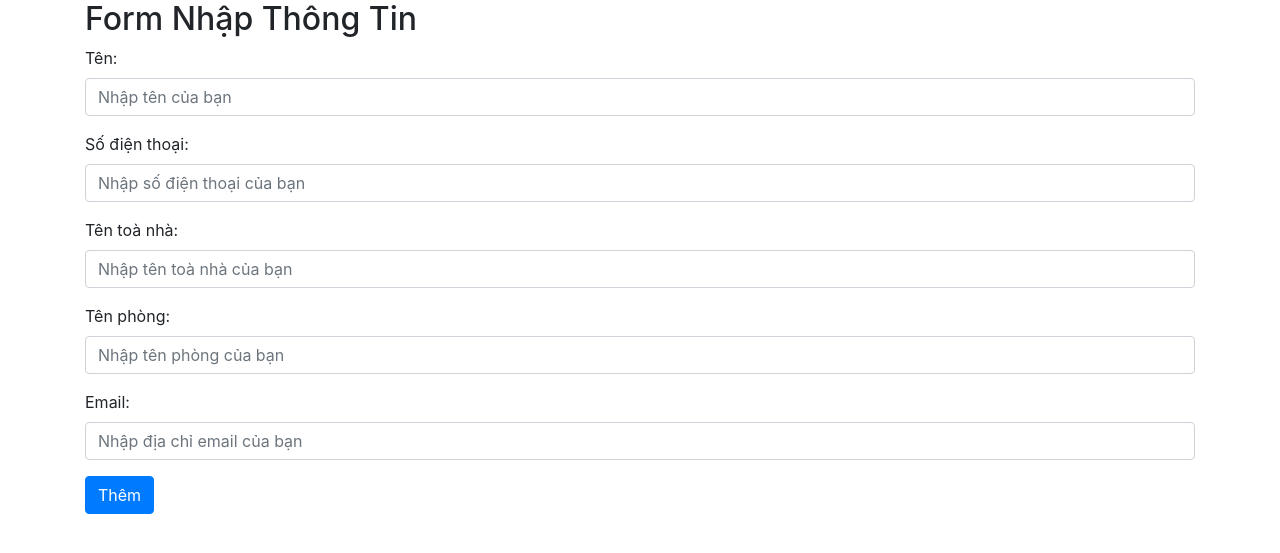
Repository: nvl207/Batch13bd_tma
Page: http://localhost/check-inf/views/web/check-in.jsp
These files come from the project's save history. The page is drawn as it stood at one moment and after the next save; the edit follows.
The browser window is 1280 px wide. The pictures show the whole page.
The page is served by Tomcat 9. Nobody is signed in. The application's start-up code is not run. Other server files are loaded and not shown.

Above is the page before, as saved 2023-07-25 03:46:27.

### Project_Intern_tma-main/check-inf/src/main/webapp/views/web/check-in.jsp
<%@ page language="java" contentType="text/html; charset=UTF-8"
	pageEncoding="UTF-8"%>
<!DOCTYPE html>
<html>
<head>
  <meta name="viewport" content="width=device-width, initial-scale=1, shrink-to-fit=no">
  <link rel="stylesheet" href="https://maxcdn.bootstrapcdn.com/bootstrap/4.5.2/css/bootstrap.min.css">
  <script src="https://ajax.googleapis.com/ajax/libs/jquery/3.5.1/jquery.min.js"></script>
  <script src="https://maxcdn.bootstrapcdn.com/bootstrap/4.5.2/js/bootstrap.min.js"></script>
</head>
<body>
  <div class="container">
    <h2>Form Nhập Thông Tin</h2>
    <form id="myForm">
      <div class="form-group">
        <label for="inputName">Tên:</label>
        <input type="text" class="form-control" id="inputName" placeholder="Nhập tên của bạn">
      </div>
      <div class="form-group">
        <label for="inputPhone">Số điện thoại:</label>
        <input type="tel" class="form-control" id="inputPhone" placeholder="Nhập số điện thoại của bạn">
      </div>
      <div class="form-group">
        <label for="inputEmail">Tên toà nhà:</label>
        <input type="email" class="form-control" id="inputEmail" placeholder="Nhập tên toà nhà của bạn">
      </div>

      <div class="form-group">
        <label for="inputEmail">Tên phòng:</label>
        <input type="email" class="form-control" id="inputEmail" placeholder="Nhập tên phòng của bạn">
      </div>

      <div class="form-group">
        <label for="inputEmail">Email:</label>
        <input type="email" class="form-control" id="inputEmail" placeholder="Nhập địa chỉ email của bạn">
      </div>

      <button type="button" class="btn btn-primary" onclick="addData()">Thêm</button>
    </form>
  </div>

  <script>
    var data = [];

    function addData() {
      var name = document.getElementById("inputName").value;
      var phone = document.getElementById("inputPhone").value;
      var email = document.getElementById("inputEmail").value;

      data.push({ name: name, phone: phone, email: email });

      // Chuyển đến trang management.html và truyền dữ liệu bằng query parameters
      var queryParams = "?name=" + encodeURIComponent(name) + "&phone=" + encodeURIComponent(phone) + "&email=" + encodeURIComponent(email);
      window.location.href = "list_guest.html" + queryParams;
    }
  </script>
</body>
</html>

After the next save:
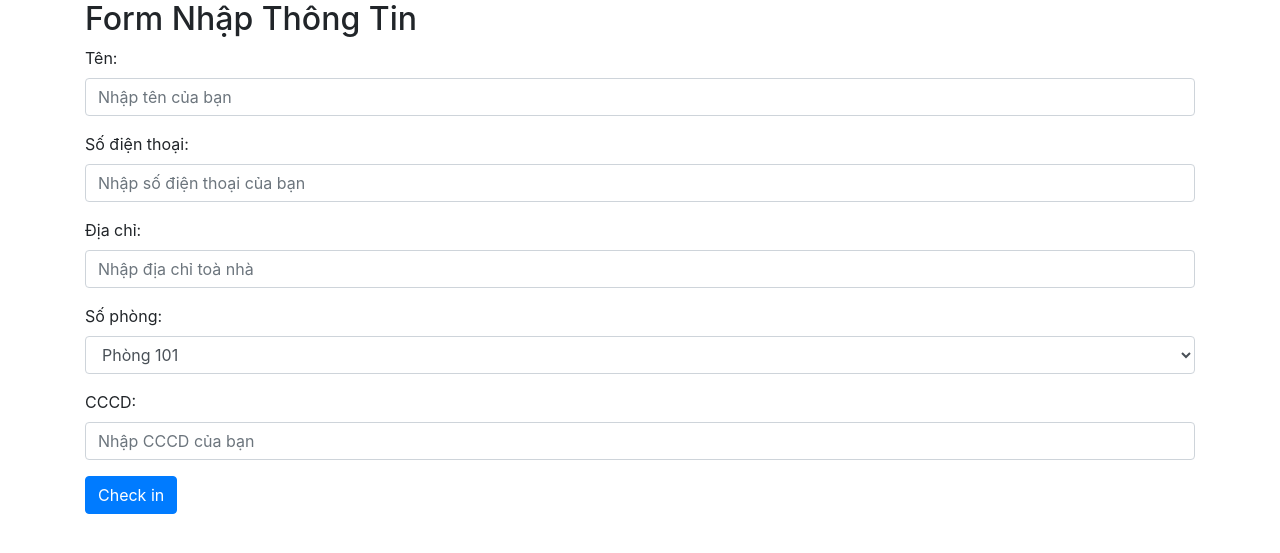
Saved 45 s later.
--- a/Project_Intern_tma-main/check-inf/src/main/webapp/views/web/check-in.jsp
+++ b/Project_Intern_tma-main/check-inf/src/main/webapp/views/web/check-in.jsp
@@ -3,56 +3,88 @@
 <!DOCTYPE html>
 <html>
 <head>
-  <meta name="viewport" content="width=device-width, initial-scale=1, shrink-to-fit=no">
-  <link rel="stylesheet" href="https://maxcdn.bootstrapcdn.com/bootstrap/4.5.2/css/bootstrap.min.css">
-  <script src="https://ajax.googleapis.com/ajax/libs/jquery/3.5.1/jquery.min.js"></script>
-  <script src="https://maxcdn.bootstrapcdn.com/bootstrap/4.5.2/js/bootstrap.min.js"></script>
+<meta name="viewport"
+	content="width=device-width, initial-scale=1, shrink-to-fit=no">
+<link rel="stylesheet"
+	href="https://maxcdn.bootstrapcdn.com/bootstrap/4.5.2/css/bootstrap.min.css">
+<script
+	src="https://ajax.googleapis.com/ajax/libs/jquery/3.5.1/jquery.min.js"></script>
+<script
+	src="https://maxcdn.bootstrapcdn.com/bootstrap/4.5.2/js/bootstrap.min.js"></script>
 </head>
 <body>
-  <div class="container">
-    <h2>Form Nhập Thông Tin</h2>
-    <form id="myForm">
-      <div class="form-group">
-        <label for="inputName">Tên:</label>
-        <input type="text" class="form-control" id="inputName" placeholder="Nhập tên của bạn">
-      </div>
-      <div class="form-group">
-        <label for="inputPhone">Số điện thoại:</label>
-        <input type="tel" class="form-control" id="inputPhone" placeholder="Nhập số điện thoại của bạn">
-      </div>
-      <div class="form-group">
-        <label for="inputEmail">Tên toà nhà:</label>
-        <input type="email" class="form-control" id="inputEmail" placeholder="Nhập tên toà nhà của bạn">
-      </div>
+	<div class="container">
+		<h2>Form Nhập Thông Tin</h2>
+		<form action="${pageContext.request.contextPath}/check-in" // đường
+			dẫn Checkincontroller method="POST">
 
-      <div class="form-group">
-        <label for="inputEmail">Tên phòng:</label>
-        <input type="email" class="form-control" id="inputEmail" placeholder="Nhập tên phòng của bạn">
-      </div>
 
-      <div class="form-group">
-        <label for="inputEmail">Email:</label>
-        <input type="email" class="form-control" id="inputEmail" placeholder="Nhập địa chỉ email của bạn">
-      </div>
 
-      <button type="button" class="btn btn-primary" onclick="addData()">Thêm</button>
-    </form>
-  </div>
+			<%
+			String error = (String) request.getAttribute("error");
+			if (error != null && !error.isEmpty()) {
+			%>
+			<div class="alert alert-danger">
+				<%=error%>
+			</div>
+			<%
+			}
+			%>
 
-  <script>
-    var data = [];
 
-    function addData() {
-      var name = document.getElementById("inputName").value;
-      var phone = document.getElementById("inputPhone").value;
-      var email = document.getElementById("inputEmail").value;
 
-      data.push({ name: name, phone: phone, email: email });
+			<!--action : nơi chuyển toàn bộ dữ liệu đến trang index.jsp, nếu kh đặt moethod thì mặc định là GET  -->
+			<div class="form-group">
+				<label for="inputName">Tên:</label> <input type="text"
+					class="form-control" id="inputName" name="name"
+					placeholder="Nhập tên của bạn" required>
+			</div>
+			<div class="form-group">
+				<label for="inputPhone">Số điện thoại:</label> <input type="tel"
+					class="form-control" id="inputPhone" name="phone"
+					placeholder="Nhập số điện thoại của bạn" required>
+			</div>
+			<div class="form-group">
+				<label for="inputAdd">Địa chỉ:</label> <input type="tel"
+					class="form-control" id="inputAdd" name="add"
+					placeholder="Nhập địa chỉ toà nhà" required>
+			</div>
 
-      // Chuyển đến trang management.html và truyền dữ liệu bằng query parameters
-      var queryParams = "?name=" + encodeURIComponent(name) + "&phone=" + encodeURIComponent(phone) + "&email=" + encodeURIComponent(email);
-      window.location.href = "list_guest.html" + queryParams;
-    }
-  </script>
+			<div class="form-group">
+				<label for="inputRoom">Số phòng:</label> <select
+					class="form-control" id="inputRoom" name="idroom"
+					placehoder="Chọn phòng" required>
+					<option value="101">Phòng 101</option>
+					<option value="102">Phòng 102</option>
+					<option value="103">Phòng 103</option>
+					<option value="201">Phòng 201</option>
+					<option value="202">Phòng 202</option>
+					<option value="203">Phòng 203</option>
+					<option value="301">Phòng 301</option>
+					<option value="302">Phòng 302</option>
+					<option value="303">Phòng 303</option>
+					<option value="401">Phòng 401</option>
+					<option value="402">Phòng 402</option>
+					<option value="403">Phòng 403</option>
+					<option value="501">Phòng 501</option>
+					<option value="502">Phòng 502</option>
+					<option value="503">Phòng 503</option>
+				</select>
+			</div>
+
+			<div class="form-group">
+				<label for="inputIDcard">CCCD:</label> <input type="tel"
+					class="form-control" id="inputIdcard" name="inputIdcard"
+					placeholder="Nhập CCCD của bạn" required>
+
+			</div>
+
+			<button type="submit" class="btn btn-primary"
+				style="padding: 6px 12px">Check in</button>
+		</form>
+
+	</div>
+
+
 </body>
 </html>
